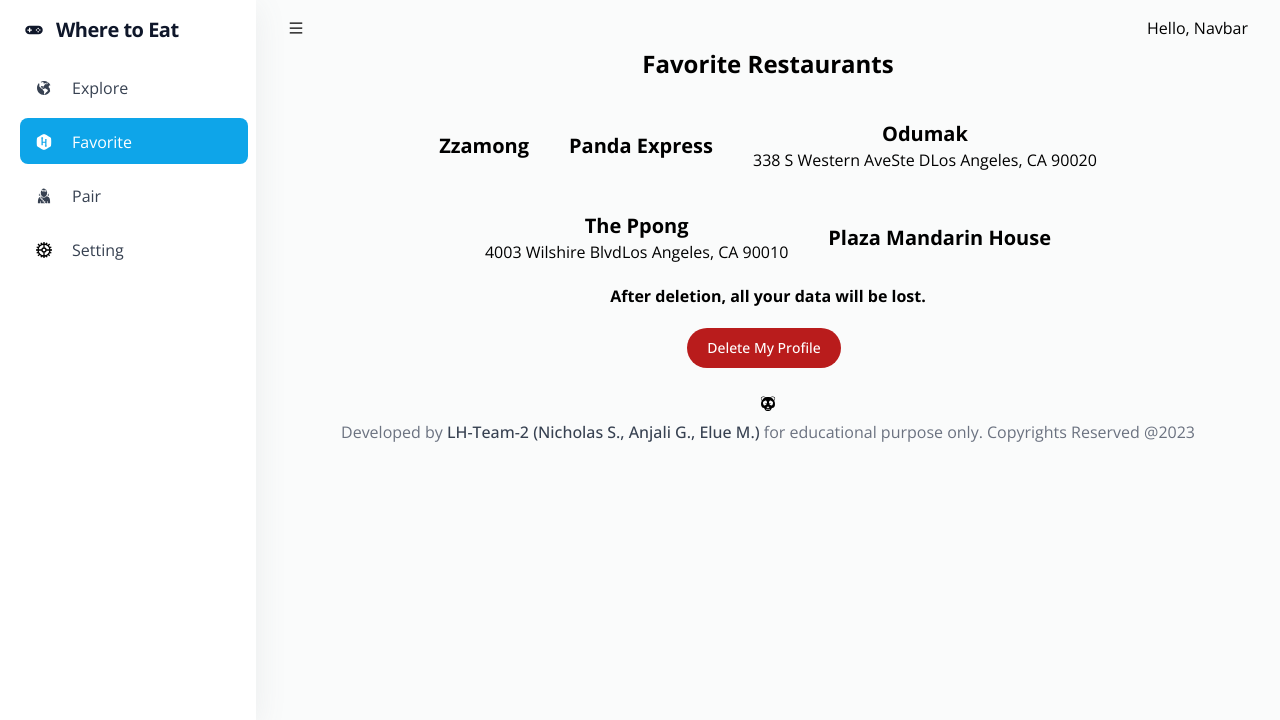
Repository: n-shen/where-to-eat
Page: /favorite (app in client/)
These files come from the project's save history. The page is drawn as it stood at one moment and after the next save; the edit follows.
The browser window is 1280 px wide. The pictures show the whole page.
The page's requests for data from a server got no answer. The project was rebuilt for these pictures with package versions that can differ from the ones it lists, and the page was loaded fresh each time. No one was signed in, and anything a server would have sent is missing. Also part of the build but not shown: client/src/data/cities.js, client/src/components/SearchForm.jsx, client/src/components/SearchResult.jsx, client/src/components/room.jsx, client/src/components/Room/Chat.jsx, client/src/components/Room/Selection.jsx, client/src/components/Room/Intro.jsx, client/src/components/Room/Game.jsx and 5 more.

Above is the page before, as saved 2023-05-05 19:46:56.

### client/src/index.js
import React from "react";
import ReactDOM from "react-dom/client";
import "./index.css";
import App from "./App";
import { ContextProvider } from "./contexts/ContextProvider";

const root = ReactDOM.createRoot(document.getElementById("root"));
root.render(
  <ContextProvider>
    <App />
  </ContextProvider>
);

### client/src/index.css
@import url('https://fonts.googleapis.com/css2?family=Open+Sans:wght@400;500;600;700&display=swap');

body {
  margin: 0;
  padding:0;
  font-family: "Open Sans", sans-serif;
}

@tailwind base;
@tailwind components;
@tailwind utilities;

### client/src/App.js
import React, { useEffect } from "react";
import { BrowserRouter, Routes, Route } from "react-router-dom";

import { Navbar, Sidebar, RoomPage } from "./components";
import {Favorite, Home} from "./pages";

import { useStateContext } from "./contexts/ContextProvider";
import "./App.css";

// import axios from "axios";

function App() {
  const { shared_info, activeMenu } = useStateContext();

  // const baseURL = shared_info.baseURL;

  return (
      <div>
        <BrowserRouter>
          <div className="flex relative dark:bg-main-dark-bg">
            {activeMenu ? (
                <div className="w-64 fixed sidebar dark:bg-secondary-dark-bg bg-white">
                  <Sidebar />
                </div>
            ) : (
                <div className="w-0 dark:bg-secondary-dark-bg">
                  <Sidebar />
                </div>
            )}

            <div
                className={`dark:bg-main-bg bg-main-bg min-h-screen w-full ${
                    activeMenu ? "md:ml-64" : " flex-2"
                }`}
            >
              <div className="fixed md:static bg-main-bg dark:bg-main-dark-bg navbar w-full">
                <Navbar />
              </div>

              <div>
                <Routes>
                  <Route path="/" element={<Home />}></Route>
                  <Route path="/favorite" element={<Favorite />}></Route>
                  <Route path="/room" element={<RoomPage />}></Route>
                </Routes>
              </div>
            </div>
          </div>
        </BrowserRouter>
      </div>
  );
}

export default App;

### client/src/contexts/ContextProvider.jsx
import React, { createContext, useContext, useState } from "react";
import { io } from "socket.io-client";

const StateContext = createContext();

const shared_info = {
  serverURL: "http://localhost:8080",
  apiURL: "http://localhost:8080/api/v1",
};

const socket = io(shared_info.serverURL);

export const ContextProvider = ({ children }) => {
  const [screenSize, setScreenSize] = useState(undefined);
  const [activeMenu, setActiveMenu] = useState(true);
  const [userProfile, setUserProfile] = useState(undefined);
  const [gameBegin, setGameBegin] = useState(false);
  const [gameIntroBegin, setGameIntroBegin] = useState(false);
  const [selectionBegin, setSelectionBegin] = useState(false);
  const [waiting, setWaiting] = useState(false);
  const [partnerReady, setPartnerReady] = useState(false);
  const [partnerAction, setPartnerAction] = useState("");
  const [displayCross, setDisplayCross] = useState(false);
  const [displayFinal, setDisplayFinal] = useState("");

  const [localStore, setLocalStore] = useState(null);

  const [queryResults, setQueryResults] = useState(null);

  return (
    <StateContext.Provider
      value={{
        socket,
        shared_info,
        userProfile,
        setUserProfile,
        activeMenu,
        setActiveMenu,
        screenSize,
        setScreenSize,
        selectionBegin,
        setSelectionBegin,
        waiting,
        setWaiting,
        gameIntroBegin,
        setGameIntroBegin,
        gameBegin,
        setGameBegin,
        partnerReady,
        setPartnerReady,
        partnerAction,
        setPartnerAction,
        displayCross,
        setDisplayCross,
        displayFinal,
        setDisplayFinal,
        queryResults,
        setQueryResults,
        localStore,
        setLocalStore,
      }}
    >
      {children}
    </StateContext.Provider>
  );
};

export const useStateContext = () => useContext(StateContext);

### client/src/components/index.js
export { default as Navbar } from "./Navbar";
export { default as Sidebar } from "./Sidebar";
export { default as Footer } from "./Footer";
export { default as SearchForm } from "./SearchForm";
export { default as SearchResult } from "./SearchResult";
export { default as RoomPage } from "./room";
export { default as Room } from "./Room/Room";

### client/src/pages/index.jsx
export { default as Home } from "./Home";
export { default as Favorite } from "./Favorite";

### client/src/App.css
.sidebar {
  box-shadow: rgb(113 122 131 / 11%) 0px 7px 30px 0px;
}
.nav-item,
.navbar {
  z-index: 10000;
}
@media  screen and (max-width:800px) {
  .sidebar{
    z-index: 10000000;
  }
}

.e-dlg-center-center, .e-quick-popup-wrapper.e-device{
  z-index: 1000000 !important;
}

::-webkit-scrollbar {
  width: 6px;
}
::-webkit-scrollbar-thumb {
  background-color: rgb(216, 216, 216);
  border-radius: 40px;
}
::-webkit-scrollbar-track {
  background-color: transparent;
}

/* color-picker style  */

#preview {
  background: transparent
  url('https://ej2.syncfusion.com/react/demos/src/color-picker/images/pen.png')
  no-repeat;
  display: inline-block;
  height: 80px;
  margin: 10px 0;
  min-width: 300px;
  max-width: 600px;
  background-color: #008000;
}

.e-input-group:not(.e-float-icon-left), .e-input-group.e-success:not(.e-float-icon-left), .e-input-group.e-warning:not(.e-float-icon-left), .e-input-group.e-error:not(.e-float-icon-left), .e-input-group.e-control-wrapper:not(.e-float-icon-left), .e-input-group.e-control-wrapper.e-success:not(.e-float-icon-left), .e-input-group.e-control-wrapper.e-warning:not(.e-float-icon-left), .e-input-group.e-control-wrapper.e-error:not(.e-float-icon-left){
  border: none;
}

### client/src/components/Navbar.jsx
import React, { useEffect } from "react";
import { useStateContext } from "../contexts/ContextProvider";
import { AiOutlineMenu } from "react-icons/ai";

const Navbar = () => {
    const { activeMenu, setActiveMenu, setScreenSize, screenSize, userProfile } =
        useStateContext();

    useEffect(() => {
        const handleResize = () => setScreenSize(window.innerWidth);

        window.addEventListener("resize", handleResize);

        handleResize();

        return () => window.removeEventListener("resize", handleResize);
    }, [setScreenSize]);

    useEffect(() => {
        if (screenSize <= 900) {
            setActiveMenu(false);
        } else {
            setActiveMenu(true);
        }
    }, [screenSize, setScreenSize, setActiveMenu]);

    const handleActiveMenu = () => setActiveMenu(!activeMenu);

    return (
        <div className="mt-2 flex justify-between p-2 md:ml-6 md:mr-6 relative">
            <button onClick={handleActiveMenu}>
                <AiOutlineMenu />
            </button>
            <div>
                <p className={screenSize >= 900 ? "" : "text-xs"}>Hello, Navbar</p>
                {userProfile && (
                    <div className="flex items-center gap-2 p-1 rounded-lg text-right">
                        <p className={screenSize >= 900 ? "" : "text-xs"}>
                            <span className="text-gray-400 text-14">Hi,</span>{" "}
                            <span className="text-gray-400 font-bold ml-1 text-14">
                {userProfile["name"]}
              </span>{" "}
                            <span className="text-gray-400 text-14">from</span>
                            <span className="text-gray-400 font-bold ml-1 text-14">
                {userProfile["city"]}
              </span>{" "}
                        </p>
                    </div>
                )}
            </div>
        </div>
    );
};

export default Navbar;

### client/src/components/Sidebar.jsx
import React from "react";
import { Link, NavLink } from "react-router-dom";
import { GiEarthAmerica, GiFrankensteinCreature } from "react-icons/gi";
import { GrSettingsOption } from "react-icons/gr";
import { IoLogoGameControllerA } from "react-icons/io";
import { FaHackerrank } from "react-icons/fa";
import { MdOutlineCancel } from "react-icons/md";
import { useStateContext } from "../contexts/ContextProvider";

const Sidebar = () => {
    const { activeMenu, setActiveMenu, screenSize } = useStateContext();

    const handleCloseSideBar = () => {
        if (activeMenu !== undefined && screenSize <= 900) {
            setActiveMenu(false);
        }
    };

    const activeLink =
        "flex items-center gap-5 pl-4 pt-3 pb-2.5 rounded-lg text-white text-md m-2 bg-sky-500/100";
    const normalLink =
        "flex items-center gap-5 pl-4 pt-3 pb-2.5 rounded-lg text-md text-gray-700 dark:text-gray-200 dark:hover:text-black hover:bg-light-gray m-2";

    return (
        <div className="ml-3 h-screen md:overflow-hidden overflow-auto md:hover:overflow-auto pb-10">
            {activeMenu && (
                <>
                    <div className="flex justify-between items-center">
                        <Link
                            to="/"
                            onClick={handleCloseSideBar}
                            className="items-center gap-3 ml-3 mt-4 flex text-xl font-extrabold tracking-tight dart:text-white text-slate-900"
                        >
                            <IoLogoGameControllerA />
                            <span>Where to Eat</span>
                        </Link>

                        <div>
                            <button
                                type="button"
                                onClick={() => setActiveMenu(!activeMenu)}
                                className="text-xl rounded-full p-3 hover:bg-light-gray mt-4 block md:hidden"
                            >
                                <MdOutlineCancel />
                            </button>
                        </div>
                    </div>
                    <div className="mt-5">
                        <NavLink
                            to="/"
                            key="Home"
                            onClick={handleCloseSideBar}
                            className={({ isActive }) => (isActive ? activeLink : normalLink)}
                        >
                            <GiEarthAmerica />
                            <span>Explore</span>
                        </NavLink>

                        <NavLink
                            to="/favorite"
                            key="Favorite"
                            onClick={handleCloseSideBar}
                            className={({ isActive }) => (isActive ? activeLink : normalLink)}
                        >
                            <FaHackerrank />
                            <span>Favorite</span>
                        </NavLink>

                        <NavLink
                            to="/room"
                            key="RoomPage"
                            onClick={handleCloseSideBar}
                            className={({ isActive }) => (isActive ? activeLink : normalLink)}
                        >
                            <GiFrankensteinCreature />
                            <span>Pair</span>
                        </NavLink>

                        <NavLink
                            to="/setting"
                            key="Setting"
                            onClick={handleCloseSideBar}
                            className={({ isActive }) => (isActive ? activeLink : normalLink)}
                        >
                            <GrSettingsOption />
                            <span>Setting</span>
                        </NavLink>
                    </div>
                </>
            )}
        </div>
    );
};

export default Sidebar;

### client/src/components/Footer.jsx
import React from "react";
import { GiPanda } from "react-icons/gi";

const Footer = () => {
    return (
        <div className="mt-5 mb-5 ">
            <div className="flex justify-center mb-2">
                <GiPanda />
            </div>

            <p className="text-center text-gray-500 dark:text-gray-400">
                Developed by{" "}
                <span className="font-medium text-gray-700 dark:text-blue-500 hover:no-underline">
          LH-Team-2 (Nicholas S., Anjali G., Elue M.)
        </span>{" "}
                for educational purpose only. Copyrights Reserved @2023
            </p>
        </div>
    );
};

export default Footer;

### client/src/pages/Favorite.jsx
import React, { useState } from "react";
import { useStateContext } from "../contexts/ContextProvider";
import { Footer } from "../components";
import axios from "axios";

export const restaurants = [
  {
    name: "Zzamong",
    image: "https://s3-media2.fl.yelpcdn.com/bphoto/6AUVIwPCv8wCZ9FYeCfocw/o.jpg",
    id: 1,
  },
  {
    name: "Panda Express",
    image: "https://s3-media4.fl.yelpcdn.com/bphoto/44dT6JEXkhMrtUcps1a5jw/o.jpg",
    id: 2,
  },
  {
    id: 3,
    name: "Odumak",
    image: "https://s3-media1.fl.yelpcdn.com/bphoto/hKaezVO6_0F50RXmfH7WBQ/o.jpg",
    address: [
      "338 S Western Ave",
      "Ste D",
      "Los Angeles, CA 90020"
  ],
  },
  {
    id: 4,
    name: "The Ppong",
    image: "https://s3-media3.fl.yelpcdn.com/bphoto/Li5i5N_Y7VwLTsJvLA2pKw/o.jpg",
    address: [
      "4003 Wilshire Blvd",
      "Los Angeles, CA 90010"
  ],
  },
  {
    name: "Plaza Mandarin House",
    image: "https://s3-media1.fl.yelpcdn.com/bphoto/1nVrf8ItPD0dF_97JGQEzw/o.jpg",
    id: 5,
  },
];

const Favorite = () => {
  const { shared_info, screenSize, userProfile } = useStateContext();
  const baseURL = shared_info.baseURL;

  return (
    <div className={screenSize >= 900 ? "mt-0" : "mt-16"}>
      <h1 className="text-center font-bold text-2xl mb-5">
        Favorite Restaurants
      </h1>
      <FavoriteList />
      <h2 className="text-center font-bold">
        After deletion, all your data will be lost.
      </h2>
      <div className="flex justify-center">
        <button
          type="button"
          className="mt-5 text-white bg-red-700 hover:bg-red-800 focus:outline-none focus:ring-4 focus:ring-red-300 font-medium rounded-full text-sm px-5 py-2.5 text-center mr-2 mb-2 dark:bg-red-600 dark:hover:bg-red-700 dark:focus:ring-red-900"
        >
          Delete My Profile
        </button>
      </div>

      <Footer />
    </div>
  );
};

export default Favorite;

export const FavoriteList = () => {
  return (
    <div className="flex flex-col items-center justify-center">
      <ul className="flex flex-wrap justify-center">
        {restaurants.map((restaurant, index) => (
          <li
            key={index}
            className="flex flex-col items-center justify-center m-5"
          >
            {/* <img
              src={restaurant.image}
              alt={restaurant.alt}
              className="bg-black w-64 h-64 object-cover shadow-md rounded"
            /> */}
            <h2
              htmlFor={restaurant.name}
              className="text-xl font-bold text-center"
            >
              {restaurant.name}
            </h2>
            <p>{restaurant.address}</p>
          </li>
        ))}
      </ul>
    </div>
  );
};

### client/tailwind.config.js
/** @type {import('tailwindcss').Config} */
module.exports = {
    content: ["./src/**/*.{js,jsx,ts,tsx}"],
    darkMode: "class",
    theme: {
        fontFamily: {
            display: ["Open Sans", "sans-serif"],
            body: ["Open Sans", "sans-serif"],
        },
        extend: {
            fontSize: {
                14: "14px",
            },
            backgroundColor: {
                "main-bg": "#FAFBFB",
                "main-dark-bg": "#20232A",
                "secondary-dark-bg": "#33373E",
                "light-gray": "#F7F7F7",
                "half-transparent": "rgba(0, 0, 0, 0.5)",
            },
            borderWidth: {
                1: "1px",
            },
            borderColor: {
                color: "rgba(0, 0, 0, 0.1)",
            },
            width: {
                400: "400px",
                760: "760px",
                780: "780px",
                800: "800px",
                1000: "1000px",
                1200: "1200px",
                1400: "1400px",
            },
            height: {
                80: "80px",
            },
            minHeight: {
                590: "590px",
            },
        },
    },
    plugins: [],
};

Loaded but not shown: client/public/index.html (common file)

After the next save:
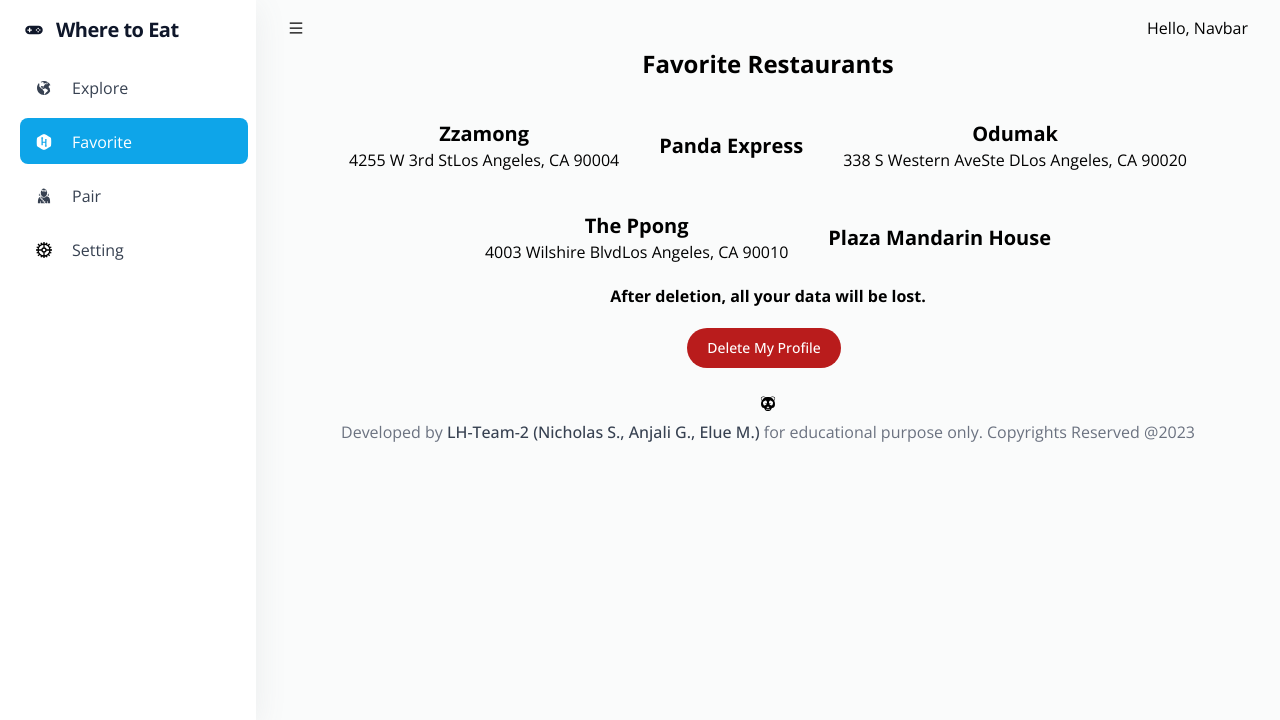
Saved 27 s later.
--- a/client/src/pages/Favorite.jsx
+++ b/client/src/pages/Favorite.jsx
@@ -5,9 +5,13 @@
 
 export const restaurants = [
   {
+    id: 1,
     name: "Zzamong",
     image: "https://s3-media2.fl.yelpcdn.com/bphoto/6AUVIwPCv8wCZ9FYeCfocw/o.jpg",
-    id: 1,
+    address: [
+      "4255 W 3rd St",
+      "Los Angeles, CA 90004"
+  ],
   },
   {
     name: "Panda Express",
